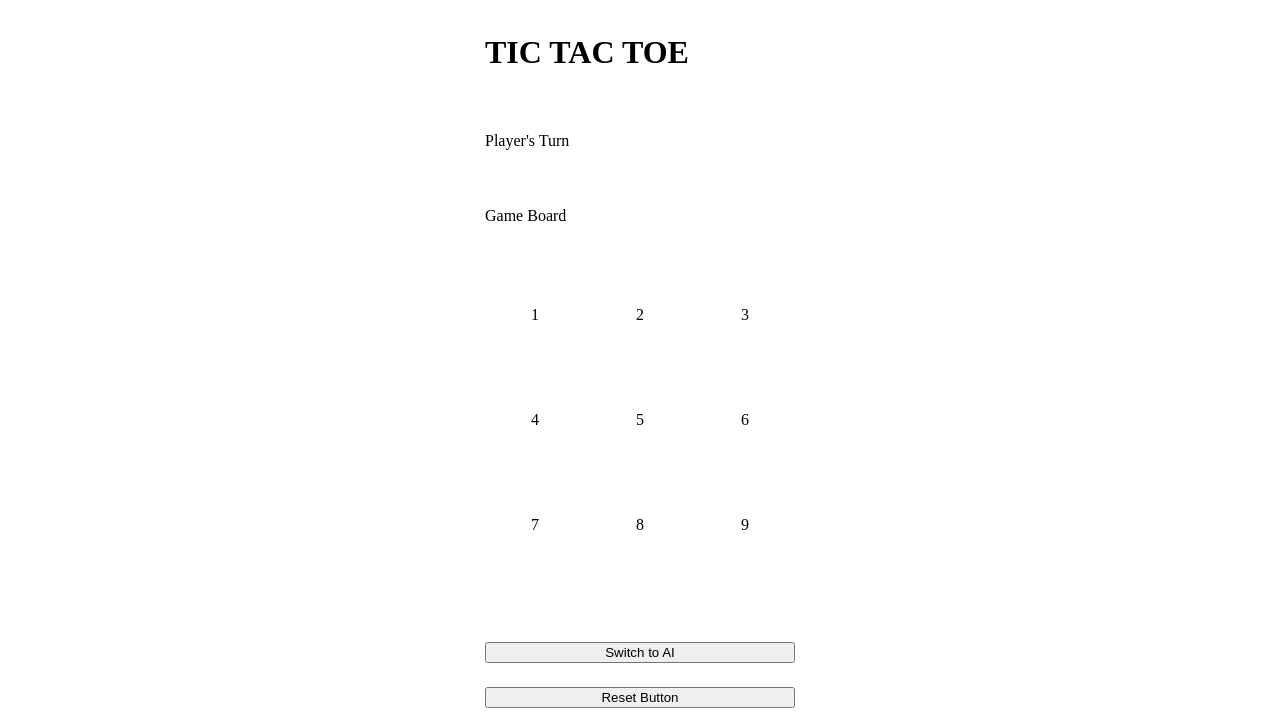
Repository: Yash19075/TicTacToe-game
Page: TicTacToe.html
An editor plug-in stored every save of this project. The page is shown before and after the next save, followed by the edit.
The browser window is 1280 px wide. The pictures show the whole page.

Above is the page before, as saved 2025-03-08 22:55:33.

### TicTacToe.html
<!DOCTYPE html>
<html lang="en">
<head>
    <meta charset="UTF-8">
    <meta name="viewport" content="width=device-width, initial-scale=1.0">
    <title>TicTacToe</title>
    <link rel="stylesheet" href="TicTacToe.css">
</head>
<body>
    <h1>TIC TAC TOE</h1>

    <p>Player's Turn</p>

    <p>Game Board</p>
    <div class="css-board">
        <div class="css-cell">1</div>
        <div class="css-cell">2</div>
        <div class="css-cell">3</div>
        <div class="css-cell">4</div>
        <div class="css-cell">5</div>
        <div class="css-cell">6</div>
        <div class="css-cell">7</div>
        <div class="css-cell">8</div>
        <div class="css-cell">9</div>
    </div>
    <br>
    <button>Switch to AI</button>
    <button>Reset Button</button>
</body>
</html>

### TicTacToe.css
body {
    justify-content: center;
    align-items: center;
    display: grid;
    height: 100vh;
    margin: 0;
}

.css-board {
    display: grid;
    grid-template-columns: repeat(3, 100px);
    grid-template-rows: repeat(3, 100px);
    gap: 5px;
    /* align-items: center; */
}

.css-board div {
    display: flex;
    justify-content: center;
    align-items: center;
}

After the next save:
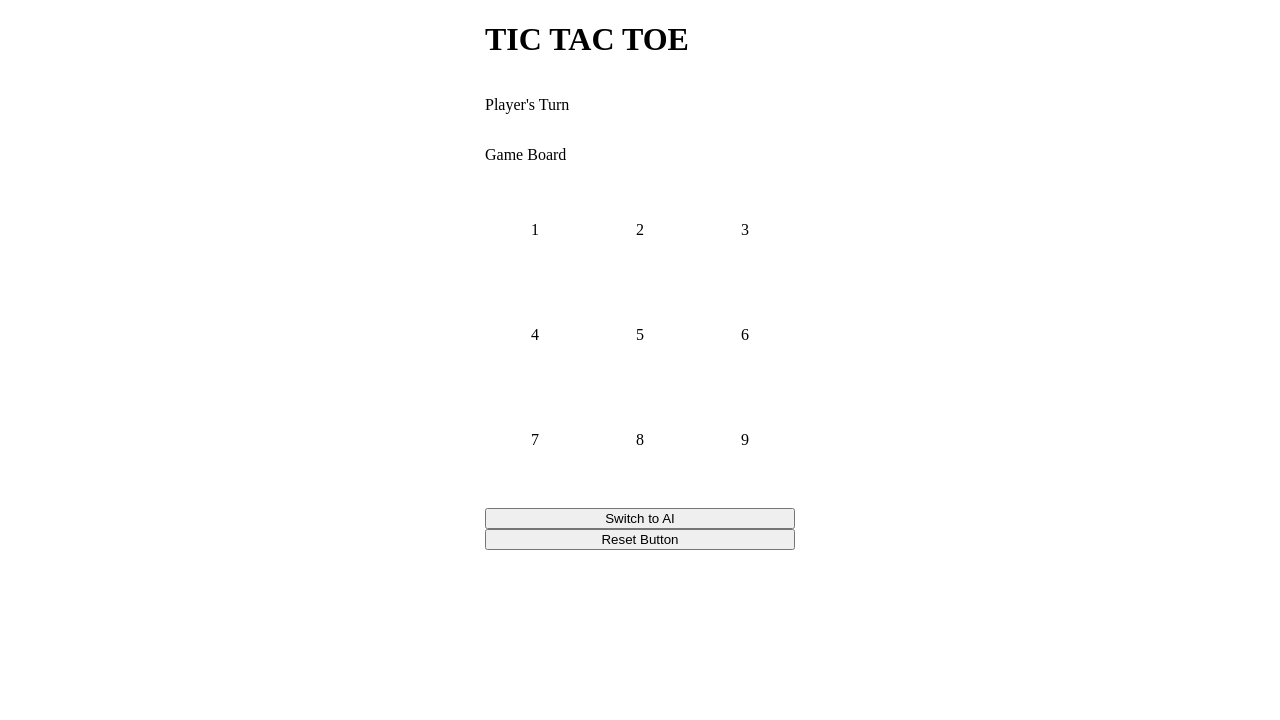
Saved 9 s later.
--- a/TicTacToe.css
+++ b/TicTacToe.css
@@ -2,7 +2,7 @@ body {
     justify-content: center;
     align-items: center;
     display: grid;
-    height: 100vh;
+    height: 100px;
     margin: 0;
 }
 
